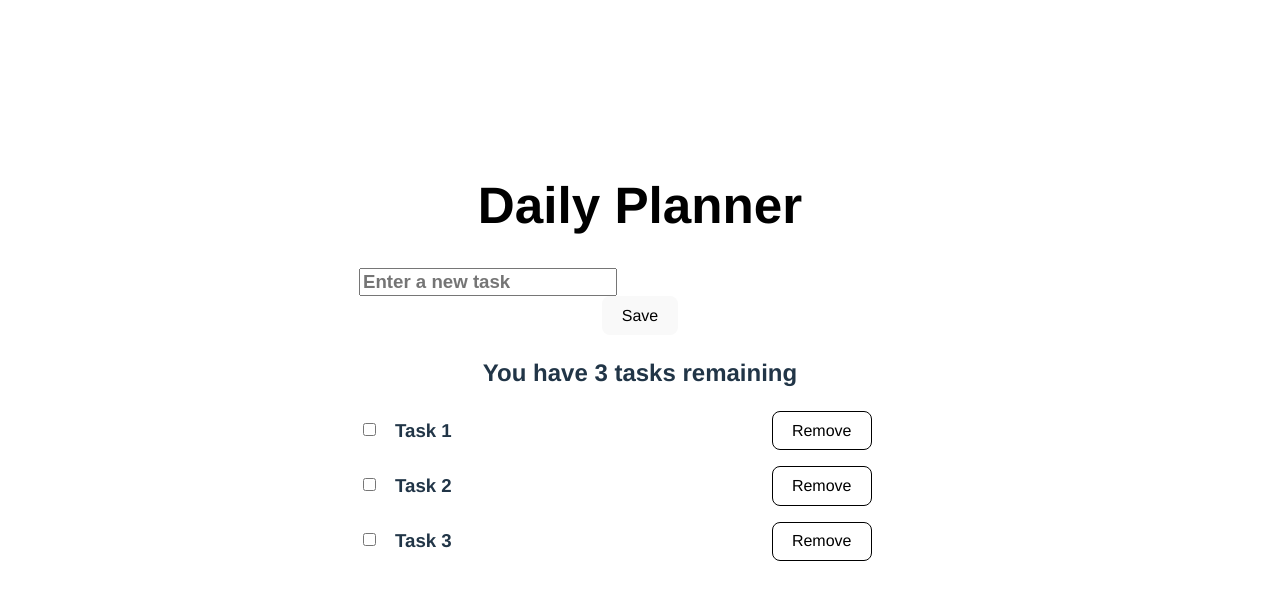
Repository: MonicaNguyenH/Frontend_Assignment6
Page: / (app in react/)
The author's editor kept a copy of each file at every save. The page is drawn from the files as they stood at one save, then again after the next save.
The browser window is 1280 px wide. The pictures show the whole page.
The project was rebuilt for these pictures with package versions that can differ from the ones it lists, and the page was loaded fresh each time. Also part of the build but not shown: react/vite.config.js.

Above is the page before, as saved 2024-10-11 00:47:40.

### react/src/App.jsx
// import { useState } from 'react'
import { useState } from 'react';
import './App.css'
import Task from './components/Task'
import TaskForm from './components/TaskForm';

function App() {
  const [task, setTask] = useState([
    { id: 1, name: "Task 1", completed: false },
    { id: 2, name: "Task 2", completed: false },
    { id: 3, name: "Task 3", completed: false }
  ]);

  const addTask = (newTask) => {
    setTask([...task, {...newTask, completed: false}]); // add task incompleted by default
  };

  const toggleComplete = (taskId) => {
    const updatedTasks = task.map(task =>
      task.id === taskId ? { ...task, completed: !task.completed } : task // toggle task completed status
    );
    setTask(updatedTasks); // update the state with the new task list
  };

  const removeTask = (taskId) => {
    const updatedTasks = task.filter(task => task.id !== taskId);
    setTask(updatedTasks); // update the state without the removed task
  };

  // count remaining task
  const remainingTask = task.filter(task => !task.completed).length;

  return (
    <>
      <div className="main">
        <h1 className="header">Daily Planner</h1>
        <div>
          <TaskForm addTask={addTask} /> {/* Pass addTask to TaskForm */}
          <h2 className="counting">You have {remainingTask} task{remainingTask !== 1 ? 's' : ''} remaining</h2> {/* count remaining (more than 1 have 's') */}
          {task.map((task) => (
            <Task
              key={task.id}

              name={task.name}
              completed={task.completed}
              toggleComplete={toggleComplete}
              removeTask={() => removeTask(task.id)}
            />
          ))}
        </div>
      </div>
    </>
  )
}

export default App

### react/src/App.css
#root {
  max-width: 1280px;
  margin: 0 auto;
  padding: 2rem;
  text-align: center;

  font-family: Helvetica, sans-serif;
}

.main {

}

.header {
  color: black;
}


.task {
  display: flex;
  flex-direction: row;
  align-items: center;
  margin: 1em;

  width: 100%;
  min-width: 10rem;
}

#checkbox {
  margin-right: 1rem;
  width: 2em;
  height: 2rem;
  accent-color: pink;
}

#task-name {
  margin: 0 20rem 0 1rem;
  font-weight: bold;
  font-size: 14pt;
}

.task-delete {
  border: 1px solid black;
  background-color: white;
  border-radius: 15;
  cursor: pointer;
}

.task-delete:hover {
  border: 1px solid pink;
}

### react/src/components/Task.jsx
import { useState, useEffect, useRef } from "react";

export default function Task({name, toggleComplete, id, completed, removeTask}){

    // check box section
    // Ref for the checkbox and task name elements
    const checkboxRef = useRef(null);
    const taskNameRef = useRef(null);

    useEffect(() => {
        const checkbox = checkboxRef.current;
        const crossText = taskNameRef.current;

        if (checkbox&&crossText) {
            const handleCheckBoxChange = () => {
                toggleComplete(id); // call toggleComplete function passed from the parent to update task completion status
                if(checkbox.checked) {
                    crossText.style.textDecoration = "line-through";
                } else {
                    crossText.style.textDecoration = "none";
                }
            };

            checkbox.addEventListener("change", handleCheckBoxChange);

            // cleanup listener
            return () => {
                checkbox.removeEventListener("change", handleCheckBoxChange);
            };

        }
    }, [toggleComplete, id]);

    // remove button section
    const [visible, setVisible] = useState(true);

    // const removeTask = () => {
    //     setVisible(false);
    // };

    if (!visible) {
        return null;
    }

    return (
        <>
            <div className="task">
                <label htmlFor="checkbox">
                    <input
                        type="checkbox"
                        id={`checkbox-${id}`}
                        ref={checkboxRef}
                        checked={completed} // current taks status based on completion
                        onChange={() => toggleComplete(id)}
                    />
                </label>
                <p id="task-name" ref={taskNameRef}>{name}</p>
                <button
                    className="task-delete"
                    onClick={removeTask}>
                        Remove
                </button>
            </div>

        </>
    );
}

### react/src/components/TaskForm.jsx
import { useState } from "react";
import { nanoid } from 'nanoid';

// const taskTemplate = {
//     name: 'new task'
// };

export default function TaskForm({addTask}) {
    const [taskName, setTaskName] = useState(''); // state for the task input
    const [editing, setEditing] = useState(false); // editing task

    // form submission
    const handleSubmit = (e) => {
        e.preventDefault(); // the form submission will be handled by JavaScript instead of triggering a page refresh
        if (taskName.trim()) { // checks if the taskName (the text the user entered) is not an empty string after trimming whitespace
            addTask({
                id: nanoid(),
                name: taskName
            });
            setTaskName(''); // clear the input field
            //setEditing(false); // close the form after saving
        }
    }

    return (
        <>
            <form onSubmit={handleSubmit}>
                <div className="formContainer">
                    <input
                        id="task-name"
                        name="task-name"
                        type="text"
                        value={taskName}
                        onChange={(e) => setTaskName(e.target.value)}
                        placeholder="Enter a new task"
                    />
                </div>
                <div className="btn-group">
                    <button type="submit" className="btn-save">Save</button>
                </div>
            </form>
        </>
    )
}

Loaded but not shown: react/index.html (common file); react/src/main.jsx (common file); react/src/index.css (common file)

After the next save:
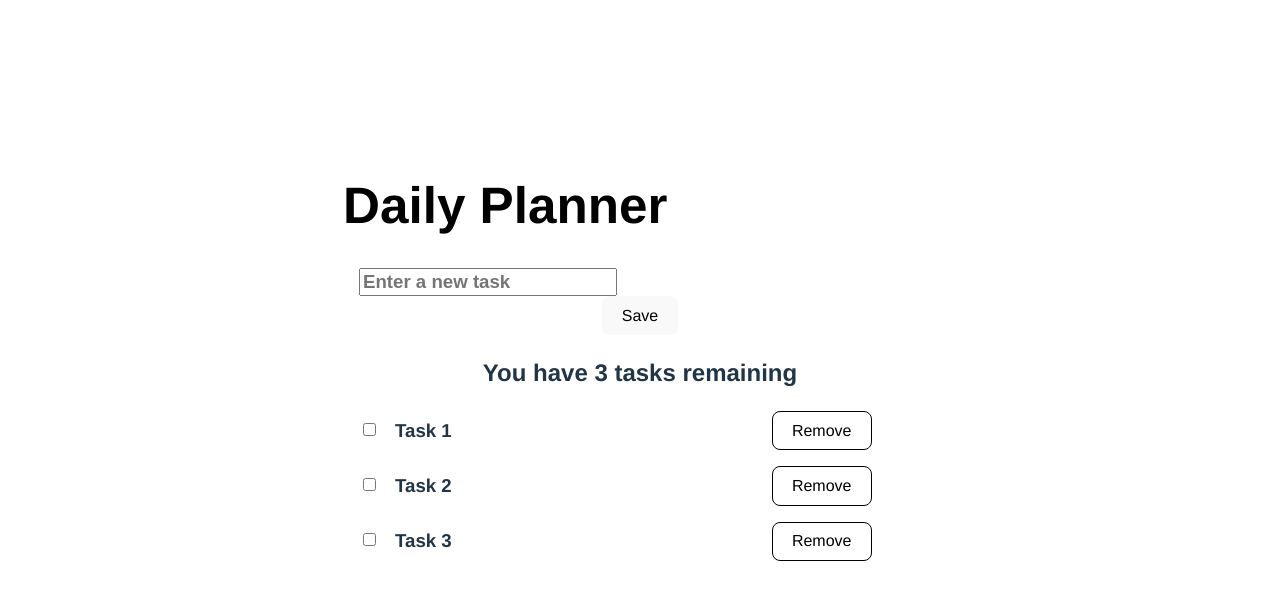
Saved 13 s later.
--- a/react/src/App.css
+++ b/react/src/App.css
@@ -13,6 +13,7 @@
 
 .header {
   color: black;
+  text-align: left;
 }
 
 
